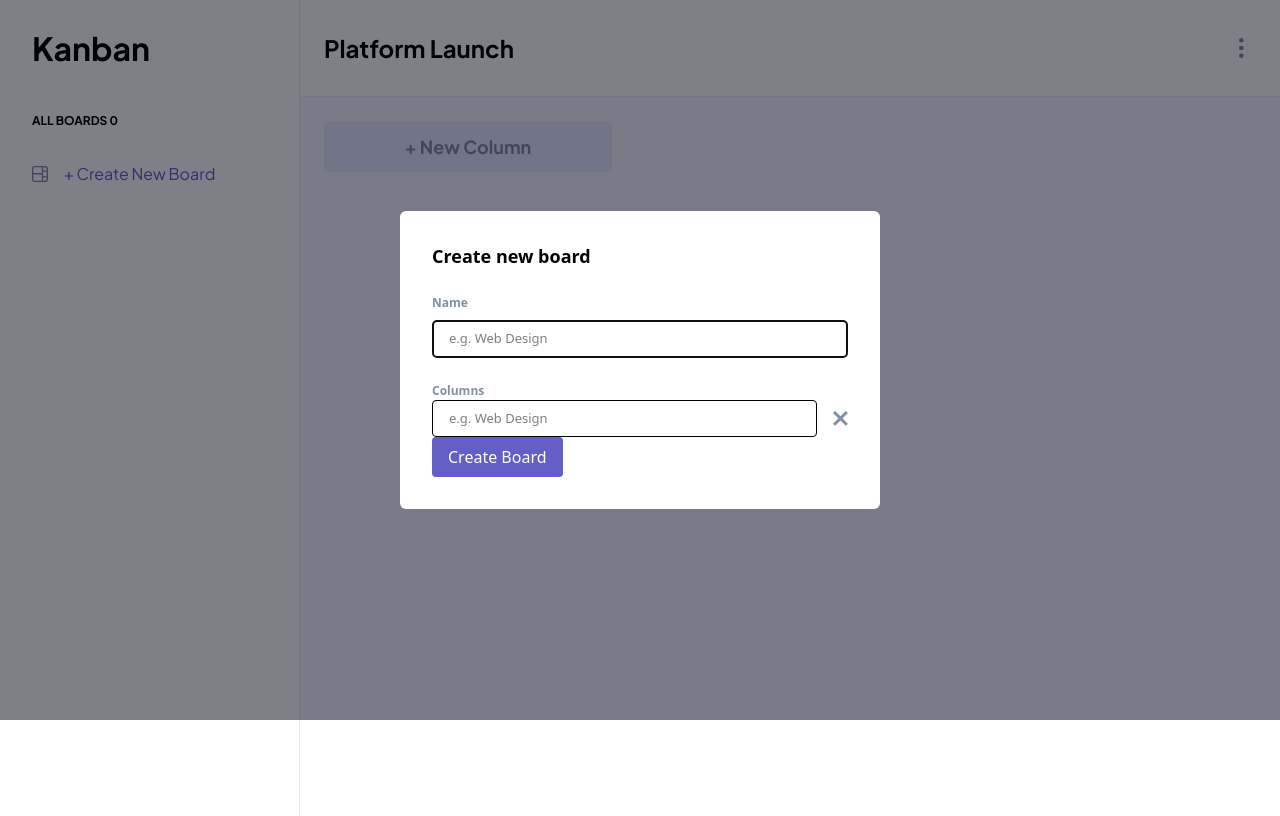
Repository: Baraajad231/Kanban-Board
Page: /, after clicking the first element matching `button.w-full`
These files come from the project's save history. The page is drawn as it stood at one moment and after the next save; the edit follows.
The browser window is 1280 px wide. The pictures show the whole page.
The project was rebuilt for these pictures with package versions that can differ from the ones it lists, and the page was loaded fresh each time. Also part of the build but not shown: vite.config.js, src/components/Card.jsx, src/components/Column.jsx.

Above is the page before, as saved 2026-03-25 18:04:42.

After the next save:
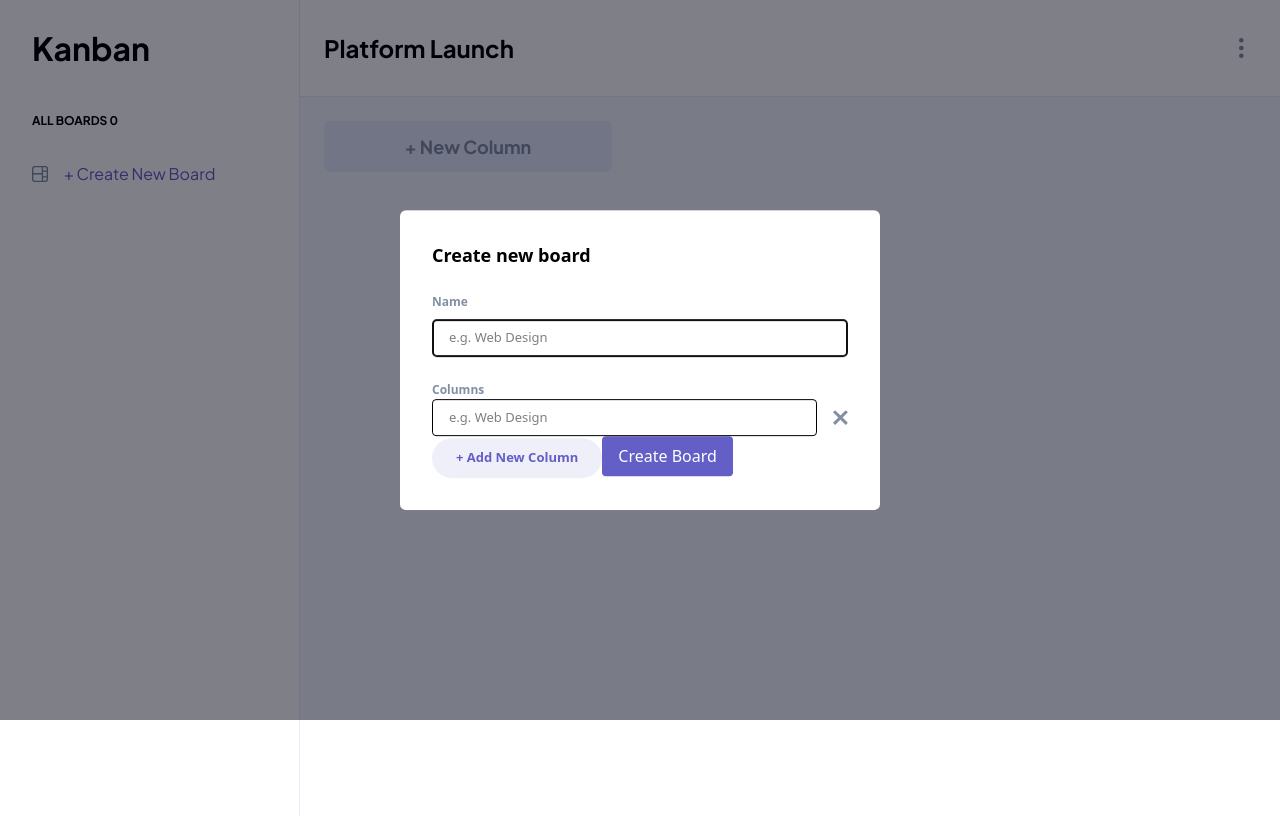
Saved 115 s later.
--- a/src/components/AddNewBoardForm.jsx
+++ b/src/components/AddNewBoardForm.jsx
@@ -1,3 +1,4 @@
+import Button from "./Button";
 import TextField from "./TextField";
 import iconCross from "@assets/icon-cross.svg";
 const AddNewBoardForm = () => {
@@ -16,6 +17,9 @@ const AddNewBoardForm = () => {
           <img src={iconCross} alt="icon cross" />
         </button>
       </div>
+      <Button variant="secondary" size="sm">
+        + Add New Column
+      </Button>
       <button className="bg-main-purple rounded px-4 py-2 text-white">
         Create Board
       </button>
